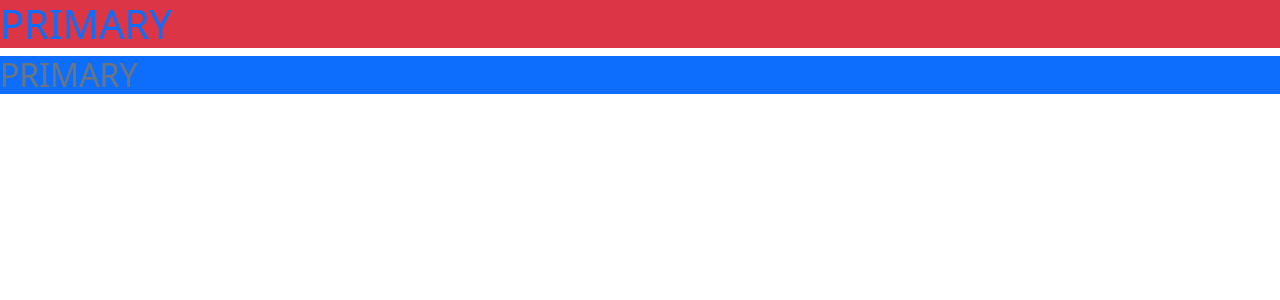
Repository: arindamslt/JEECoding
Page: JEE_FRONTEND/src/main/webapp/02BootstrapHeading.html
An editor plug-in stored every save of this project. The page is shown before and after the next save, followed by the edit.
The browser window is 1280 px wide. The pictures show the whole page.

Above is the page before, as saved 2025-07-17 04:37:59.

After the next save:
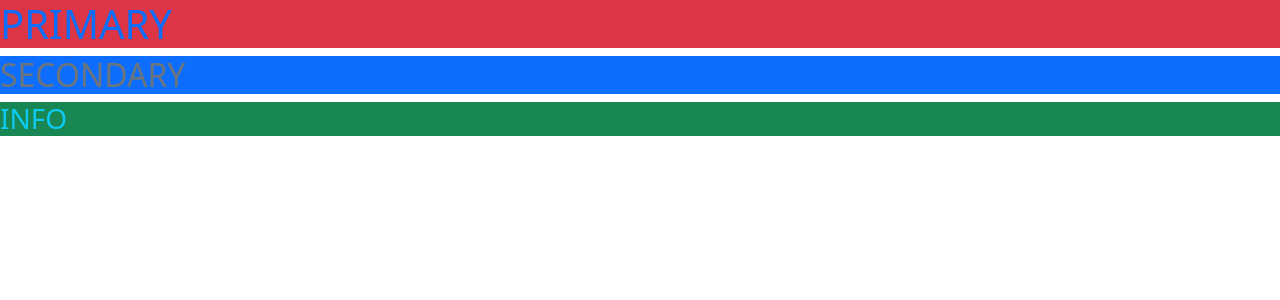
Saved 53 s later.
--- a/JEE_FRONTEND/src/main/webapp/02BootstrapHeading.html
+++ b/JEE_FRONTEND/src/main/webapp/02BootstrapHeading.html
@@ -7,6 +7,7 @@
 </head>
 <body>
 <h1 class="text-primary bg-danger">PRIMARY</h1>
-<h2 class="text-secondary bg-primary">PRIMARY</h2>
+<h2 class="text-secondary bg-primary">SECONDARY</h2>
+<h3 class="text-info bg-success">INFO</h3>
 </body>
 </html>
